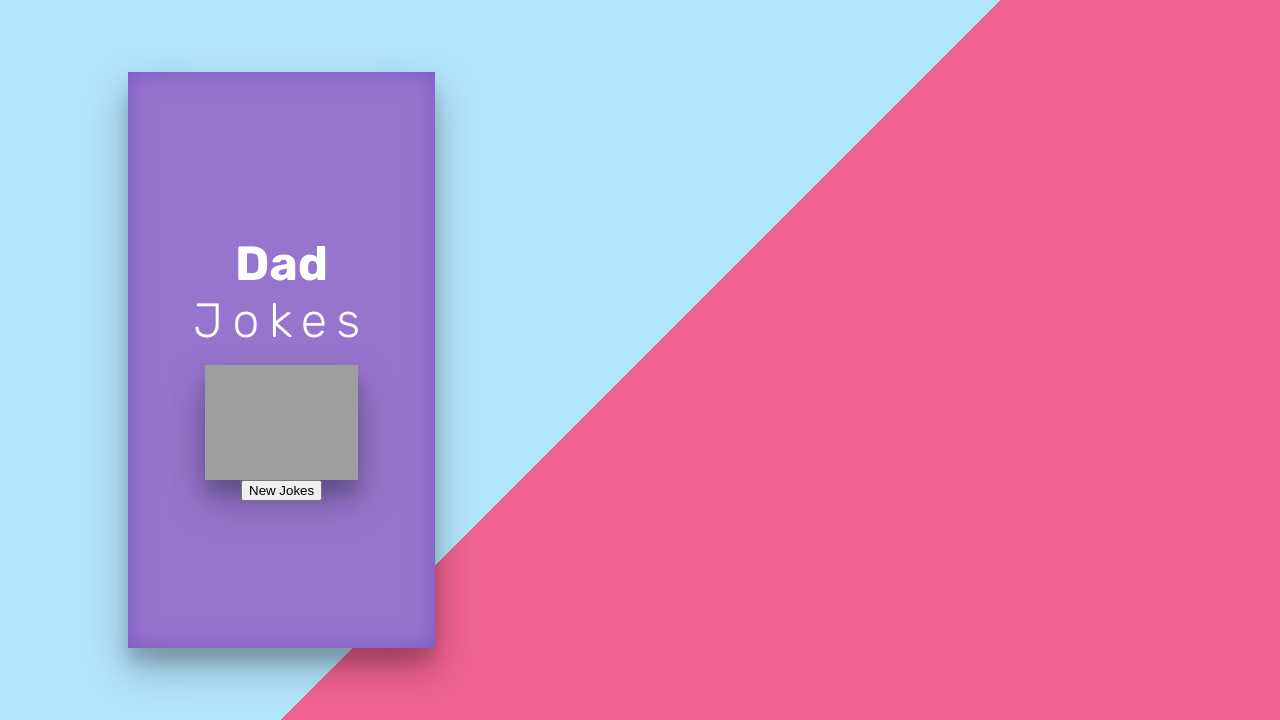
Repository: zhapar/dad-jokes
Page: /
The author's editor kept a copy of each file at every save. The page is drawn from the files as they stood at one save, then again after the next save.
The browser window is 1280 px wide. The pictures show the whole page.
Pictures or frames that could not be fetched are drawn as grey boxes. The page's requests for data from a server got no answer. The project was rebuilt for these pictures with package versions that can differ from the ones it lists, and the page was loaded fresh each time. No one was signed in, and anything a server would have sent is missing.

Above is the page before, as saved 2020-08-29 21:12:54.

After the next save:
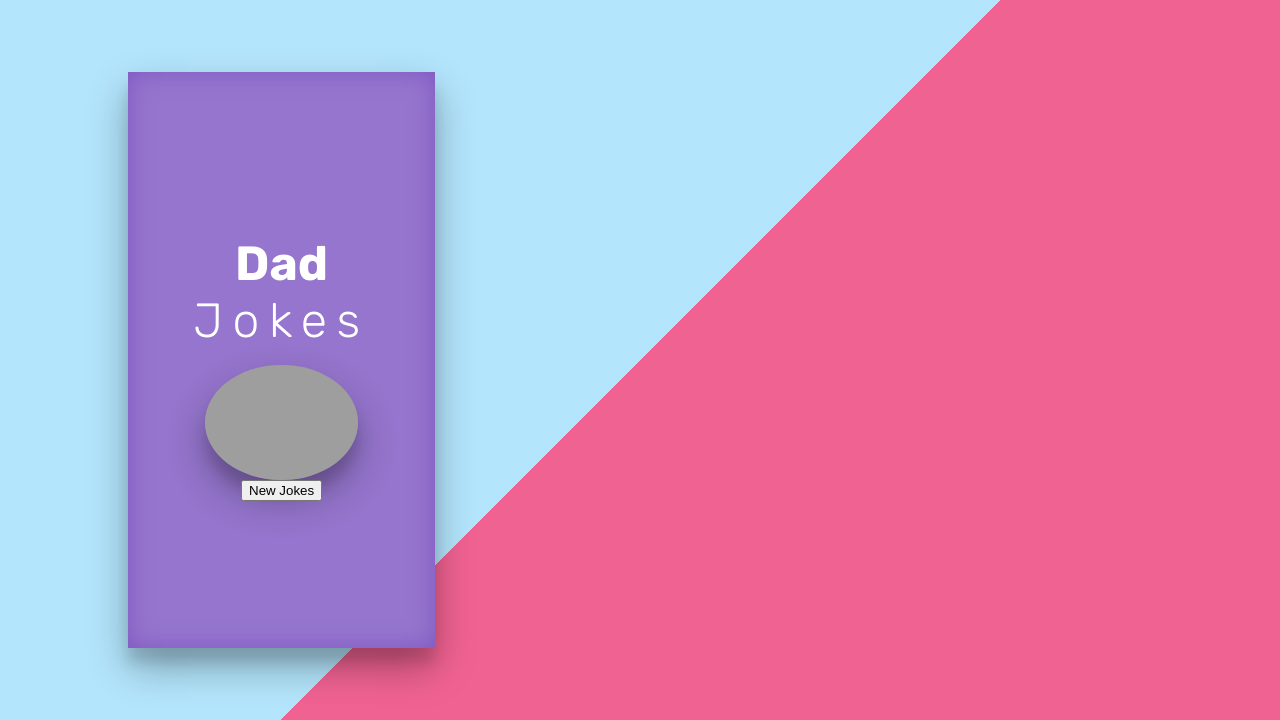
Saved 46 s later.
--- a/src/JokeList.css
+++ b/src/JokeList.css
@@ -30,5 +30,6 @@
 
 .JokeList-sidebar img {
   width: 50%;
-  box-shadow: 0 19px 38px rgba(0, 0, 0, 0.3), 0 15px 12px rgba(0, 0, 0, 0.1)
+  box-shadow: 0 19px 38px rgba(0, 0, 0, 0.3), 0 15px 12px rgba(0, 0, 0, 0.1);
+  border-radius: 50%;
 }
